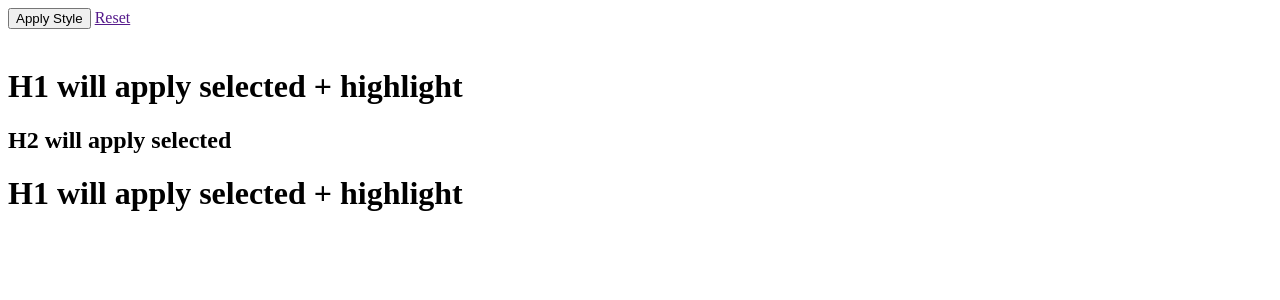
Repository: sujay-a-v/FunctionalPrograms
Page: Sujay/jQuery/jQueryExample/WebContent/SetStyle.html
An editor plug-in stored every save of this project. The page is shown before and after the next save, followed by the edit.
The browser window is 1280 px wide. The pictures show the whole page.
Some web libraries are served in a nearby version.

Above is the page before, as saved 2017-10-25 06:31:11.

### Sujay/jQuery/jQueryExample/WebContent/SetStyle.html
<!DOCTYPE html>
<html>
<head>
   <meta charset="utf-8">
   <title>jQuery - Apply Style</title>

   <script type="text/javascript" src="http://code.jquery.com/jquery-1.11.3.js"></script>

   <style>
      .selected {color: red; }
      .highlight {background: black;
      color:white;}

   </style>

   <script>

      function applyStyle()  {
          $('h1').addClass('selected highlight');
          $('h2').addClass('selected');
      }
   </script>
</head>
<body>
  <input type="button" onclick="applyStyle();" value="Apply Style"/>
  <a href="">Reset</a>

  <br><br>

  <h1>H1 will apply selected + highlight</h1>

  <h2>H2 will apply selected</h2>

  <h1>H1 will apply selected + highlight</h1>

</body>
</html>

After the next save:
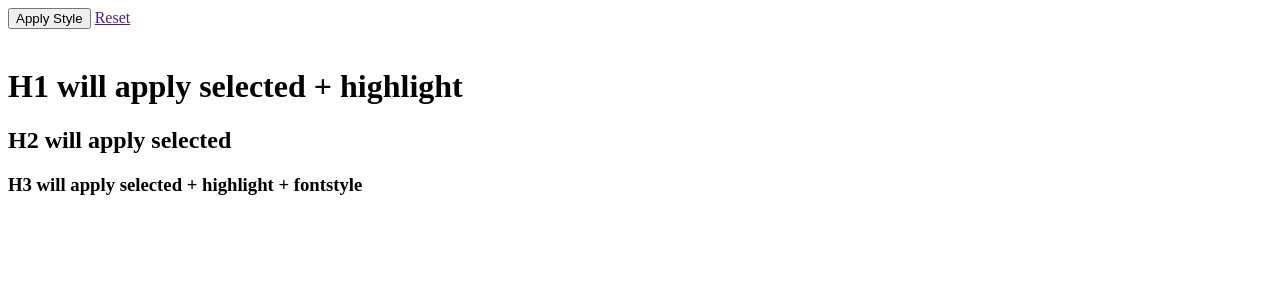
Saved 67 s later.
--- a/Sujay/jQuery/jQueryExample/WebContent/SetStyle.html
+++ b/Sujay/jQuery/jQueryExample/WebContent/SetStyle.html
@@ -31,7 +31,7 @@
 
   <h2>H2 will apply selected</h2>
 
-  <h1>H1 will apply selected + highlight</h1>
+  <h3>H3 will apply selected + highlight + fontstyle</h3>
 
 </body>
 </html>
